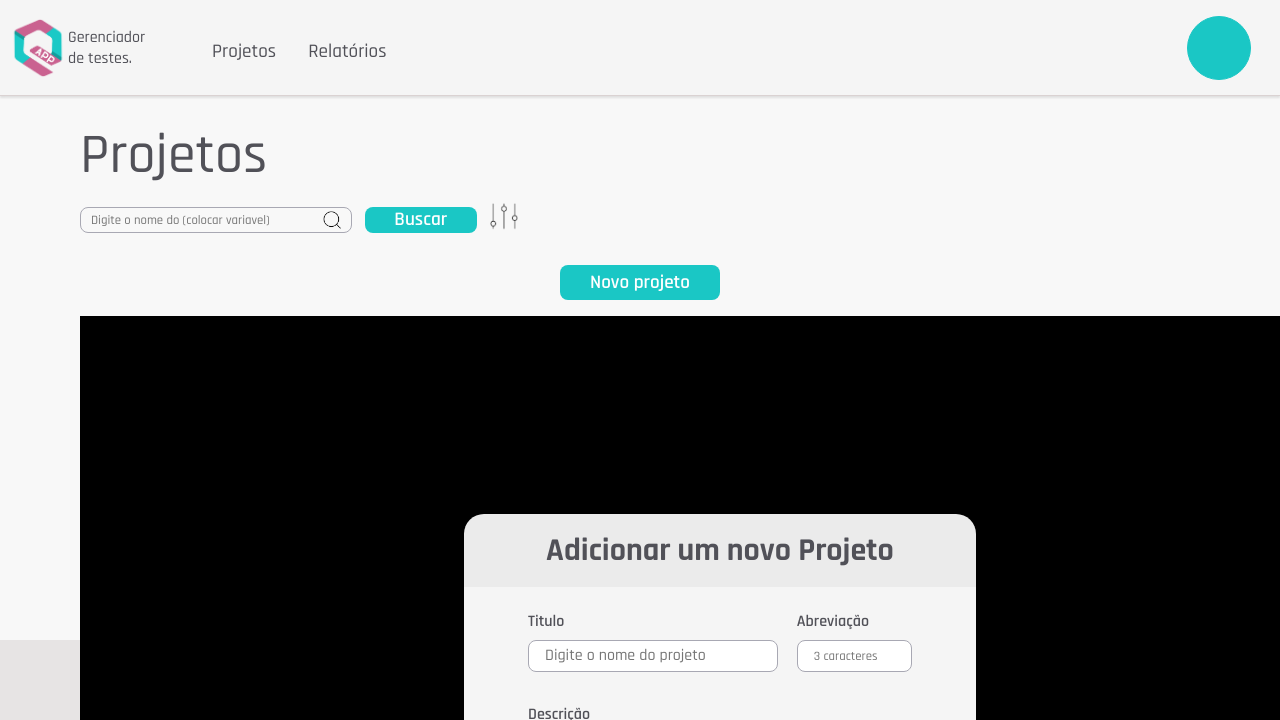
Repository: kika-cavalher/qapp-web
Page: /, after clicking the first element matching `div.btn-open-modal > button`
An editor plug-in stored every save of this project. The page is shown before and after a run of saves, followed by the edit.
The browser window is 1280 px wide. The pictures show the whole page.
The page's requests for data from a server got no answer. The project was rebuilt for these pictures with package versions that can differ from the ones it lists, and the page was loaded fresh each time. No one was signed in, and anything a server would have sent is missing. Also part of the build but not shown: src/hooks/useAuth.ts, src/styles/pages/signIn.scss, src/components/Pages/auth/SignIn.tsx, src/styles/pages/signUp.scss, src/components/Pages/auth/SignUp.tsx. Imported but missing from the stored project, and not drawn on this page: src/components/PageDefault/head/logo/logo.

Above is the page before, as saved 2022-03-24 18:10:11.

### public/index.html
<!DOCTYPE html>
<html lang="pt-br">
  <head>
    <meta charset="utf-8" />
    <meta name="viewport" content="width=device-width, initial-scale=1" />

    <link rel="preconnect" href="https://fonts.googleapis.com">
    <link rel="preconnect" href="https://fonts.gstatic.com" crossorigin>
    <link href="https://fonts.googleapis.com/css2?family=Rajdhani:wght@300;400;500;600;700&display=swap" rel="stylesheet">

    <title>QApp</title>
  </head>
  <body>
    <noscript>You need to enable JavaScript to run this app.</noscript>
    <div id="root"></div>
  </body>
</html>

### src/index.tsx
import React from 'react';
import ReactDOM from 'react-dom';
import App from './App';

import './styles/styles.scss';
import './services/firebase'


ReactDOM.render(
  <React.StrictMode>
    <App />
  </React.StrictMode>,
  document.getElementById('root')
);

### src/App.tsx
import { AuthContextProvider } from './contexts/AuthContext'
import { BrowserRouter, Routes, Route } from "react-router-dom";

import { ProjectPage  } from "./components/Pages/project";
import { LoginPage } from "./components/Pages/auth/signIn";
import { RegisterPage } from "./components/Pages/auth/signUp";


function App() {
  return (
    <BrowserRouter>
      <AuthContextProvider>
        <Routes>
          <Route path="/" element={<ProjectPage  />} />
          <Route path="auth/sign-in" element={<LoginPage />} />
          <Route path="auth/sign-up" element={<RegisterPage  />} />
        </Routes>
      </AuthContextProvider>
    </BrowserRouter>
  );
}

export default App;

### src/styles/styles.scss
@import 'variables.scss';

* {
    box-sizing: border-box;
    margin: 0;
    padding: 0;
  }

  body {
    background: $white-offwhite;
    color: $dark-grey;
  }

  body, input, button, textarea {
    font: 400 16px 'Rajdhani', sans-serif;
  }

### src/services/firebase.ts
import firebase from 'firebase/compat/app';
import 'firebase/compat/auth';
import { getFirestore } from "firebase/firestore";


const firebaseConfig = {
  apiKey: process.env.REACT_APP_API_KEY,
  authDomain: process.env.REACT_APP_AUTH_DOMAIN,
  databaseURL: process.env.REACT_APP_DATABASE_URL,
  projectId: process.env.REACT_APP_PROJECT_ID,
  storageBucket: process.env.REACT_APP_STORAGE_BUCKET,
  messagingSenderId: process.env.REACT_APP_MESSAGING_SENDER_ID,
  appId: process.env.REACT_APP_APP_ID
};

firebase.initializeApp(firebaseConfig);

const auth = firebase.auth();
const database = getFirestore();

export { firebase, auth, database }

### src/contexts/AuthContext.tsx
import { createContext, ReactNode, useEffect, useState } from "react";
import { createUserWithEmailAndPassword, signInWithEmailAndPassword, getAuth } from "firebase/auth"
import firebase from "firebase/compat";


type User = {
  email: string;
  password: string;
}

type AuthContextProviderProps = {
  children?: ReactNode | undefined;
}

type AuthContextType = {
  user: User | undefined;
  signIn: (props: User) => Promise<void>;
  signUp: (props: User) => Promise<void>;
  // signInWithGoogle: () => Promise<void>;
}


export const AuthContext = createContext({} as AuthContextType);

export const AuthContextProvider = (props: AuthContextProviderProps) => {
  const [user, setUser] = useState<User>();
  const auth = getAuth();


  const signIn = async (props: User) => {
    signInWithEmailAndPassword(auth, props.email, props.password)
    .then((userCredential) => {
      if (!userCredential) {
        throw new Error('Missing information from Google Account.');
      }
      setUser({
        email: props.email,
        password: props.password
      })
    })
    .catch((error) => {
      console.log(error.code & error.message);
    })
  }


  const signUp = async (props: User) => {
    createUserWithEmailAndPassword(auth, props.email, props.password)
    .then((userCredential) => {
      console.log(userCredential.user);
    })
    .catch((error) => {
      console.log(error.code & error.message);
    })
  };

  // async function signInWithGoogle() {
  //   const provider = new firebase.auth.GoogleAuthProvider();
  //   const result = await auth.signInWithPopup(provider);
  //   .then((userCredential) => {
  //     if (!userCredential) {
  //       throw new Error('Missing information from Google Account.');
  //     }
  //     setUser({
  //       email: email,
  //       password: password
  //     })
  //   })
  //   .catch((error) => {
  //     console.log(error.code & error.message);
  //   })
  // }

  useEffect(() => {
    const unsubscribe = auth.onAuthStateChanged(user => {
      if (user) {
        const { email } = user

        if (!email) {
          throw new Error('Missing information from your Account.');
        }
        setUser({
          email: email,
          //erro , onde pega a senha?
          password: user.refreshToken
        })
      }
    })

    return () => {
      unsubscribe();
    }
  }, [])

  //useImperativeHandle?

  return (
    <AuthContext.Provider  value={{user, signIn, signUp}}>
      {props.children}
    </AuthContext.Provider>
  )

}

### src/components/Pages/project/index.tsx
import { useCallback, useRef } from "react";

import { TopMenu } from "../../PageDefault/head/menu";
import { Search } from "../../Global/search";
import { Footer } from "../../PageDefault/footer";
import Modals, { ModalHandles } from "../../Global/modal";
import { Button } from "../../Global/button";

import iconAdd from '../../../assets/icon/add.png';
import './style.scss'

export function ProjectPage () {
    const arrumarVariavel = "Projetos";
    const modalRef = useRef<ModalHandles>(null)

    const handleOpenModal = useCallback(() => {
        modalRef.current?.openModal();
    }, [])


    return (
        <div id="page-project">
            <TopMenu />
                <div className='page-project--main__container'>
                    <div className='page-project--container__title'>
                        <h1>{arrumarVariavel}</h1>
                    </div>
                <Search />
                <Button
                onClick={handleOpenModal}
                className="btn-open-modal">
                    Novo projeto
                </Button>
                <Modals ref={modalRef}/>
                    <div className='page-project--cards'>
                        <div className='page-project--cards__new'>
                            <div className='page-project--cards__new--icon'>
                                <input className='page-project--cards__new--img' type="image" src={iconAdd} alt="icone de orientação para adicionar novo projeto"/>
                            </div>
                        </div>
                    </div>
                </div>
            <Footer />
        </div>
    )
}

### src/styles/variables.scss
//colors
$white: #fff;
$white-offwhite: #f8f8f8;
$dark-offwhite: #f5f5f5;
$transparente: rgba(255, 255, 255, -0.1);

$light-grey: #e7e4e4;
$medium-grey: #c6c6c9;
$grey-with-transparency: rgba(0, 0, 0, 0.041);
$grey_border: #a8a8b3;
$dark-grey: #515158;

$turquoise: #1ac7c5;
$dark-greenish: #119d9c;

$dark-pink: #c86291;
$light-pink: #f8eaea;

$red_google: #ea4335;

// media queries
$monitor-width: 1300px;
@mixin monitor {
    @media (min-width: #{$monitor-width}) {
        @content;
    }
}

$notebook-width: 1300px;
$notebook-height: 700px;
@mixin notebook {
    @media (max-width: #{$notebook-width}) and (min-height: #{$notebook-height}){
        @content;
    }
}

$tablet-width: 850px;
@mixin tablet {
    @media (max-width: #{$tablet-width}){
        @content;
    }
}

$phone-width: 500px;
@mixin phone {
    @media (max-width: #{$phone-width}){
        @content;
    }
}

$screen-slim: 700px;
@mixin slim {
    @media (max-height: #{$screen-slim}) {
        @content;
    }
}

### src/components/PageDefault/head/menu/index.tsx
import { Link } from 'react-router-dom'

import './style.scss'
import Logo from '../logo';

export function TopMenu () {



    return (
        <div id="component--top-menu">
             <div className='component--top-menu__logo'>
                <Logo />
                <p>Gerenciador de testes.</p>
            </div>
            <div className='component--top-menu__pages'>
                <ul className='top-menu__list'>
                    <li className='top-menu__itens'>
                        <Link to='/' className='top-menu__pages--project'>Projetos
                        </Link>
                    </li>
                </ul>
                <ul className='top-menu__list'>
                    <li className='top-menu__itens'>
                        <Link to='/' className='top-menu__pages--reports'>Relatórios
                        </Link>
                    </li>
                </ul>
            </div>
            <div className='component--top-menu__user'>
                <div className='component--user__round'>
{/*                     <h1>{initials}</h1> */}
                </div>
            </div>
        </div>
    )
}

### src/components/Global/search/index.tsx
import { Button } from '../button';

import iconSearch from '../../../assets/icon/search.png';
import iconFilter from '../../../assets/icon/filter.png';
import './style.scss'


export function Search () {
    return (
        <div id="component--search">
            <div className='component--search__input'>
                <input type="text" placeholder="Digite o nome do (colocar variavel)"/>
                <div className='search__input--icon'>
                    <img id="icon-search" src={iconSearch} alt="icone de identificação visual do campo de busca" />
                </div>
            </div>
            <Button
            type="submit"
            className="btn__search">
                Buscar
            </Button>
            <div className='component--filters'>
                <img id="icon-filter" src={iconFilter} alt="icone de identificação visual das opções de filtragem" />
            </div>
        </div>
    )
}

### src/components/PageDefault/footer/index.tsx

import iconLinkedin from '../../../assets/icon/linkedin.png';
import iconInstagram from '../../../assets/icon/instagram.png';
import iconGithub from '../../../assets/icon/github.png';
import './style.scss';

export function Footer () {
    return (
        <div id="component--footer">
            <p>Produzido por Erica Cavalher</p>
            <div className='footer--list__social-media'>
                <img id="icon-add--linkedin" src={iconLinkedin} alt="icone de orientação para adicionar novo projeto" />
                <img id="icon-add--instagram" src={iconInstagram} alt="icone de orientação para adicionar novo projeto" />
                <img id="icon-add--github" src={iconGithub} alt="icone de orientação para adicionar novo projeto" />
            </div>
        </div>
    )
}

### src/components/Global/modal/index.tsx
import { forwardRef, useCallback, useImperativeHandle, useRef, useState } from "react"
import { Button } from "../button";

import './style.scss'

export interface ModalHandles {
    openModal: () => void;
}

const Modals: React.RefForwardingComponent<ModalHandles> = (props, ref) => {
    const titleRef = useRef<HTMLInputElement>(null);
    const abbreviationRef = useRef<HTMLInputElement>(null);
    const describeRef = useRef<HTMLInputElement>(null);
    const [visible, setVisible] = useState(false);

    const openModal = useCallback(() => {
        setVisible(true);
    }, []);

    useImperativeHandle(ref, () => {
        return {
            openModal
        };
    });

    const handleCloseModal = useCallback(() => {
        setVisible(false);
    }, []);

    if(!visible) {
        return null;
    }
    return (
        <div className="modal-out">
            <div className="modal">
            <div className="modal-header">
                <h1>Adicionar um novo Projeto</h1>
            </div>
            <div className="modal-content">
                <form className="modal-content--form">
                    <div className="modal-content--titleAndAbreviation">
                        <div className="modal-content--title">
                            <p className="modal---title">Titulo</p>
                            <input className="modal--title__input"
                            ref={titleRef}
                            type="text"
                            placeholder="Digite o nome do projeto">
                            </input>
                        </div>
                        <div className="modal-content--abbreviation">
                            <p className="modal--abbreviation">Abreviação</p>
                            <input className="modal--abbreviation__input"
                            ref={abbreviationRef}
                            type="text"
                            placeholder="3 caracteres">
                            </input>
                        </div>
                    </div>
                    <div className="modal-content--describe">
                        <p className="modal-content--describe__title">Descrição</p>
                        <input className="modal-content--describe_input"
                        ref={describeRef}
                        type="text-area"
                        placeholder="Digite oque se refere esse projeto">
                        </input>
                    </div>
                    <div className="btn-modal">
                        <Button onClick={handleCloseModal}>Salvar</Button>
                    </div>
                </form>
                </div>
            </div>
        </div>

    )
}

export default forwardRef(Modals);

### src/components/Global/button/index.tsx

import './style.scss'

//usestate
//onchange
//value
//name


type Button = {
    className?: string
    children?: React.ReactNode
    type?: "button" | "submit" | "reset" | undefined,
    onClick?: () => void,
}

export function Button ({ className, children, onClick, type }: Button) {
    return (
        <div className={className} >
            <button
            onClick={onClick}
            type={type}
            >
                {children}
            </button>
        </div>
    )
}

### src/components/Pages/project/style.scss
@import '../../../styles/variables.scss';

#page-project {
    display: flex;
    flex-direction: column;
    justify-content: space-between;
    height: 100%;
    z-index: 1;
}

.page-project--main__container {
    margin: 1.5rem 5rem;
}

.page-project--container__title {

    h1 {
        color: $dark-grey;
        font-size: 3.5rem;
        font-weight: 500;
    }
}

.page-project--cards {
    /* Colocar grid 3 card maximo por linha.  */

    .page-project--cards__new {
        background-color: $dark-greenish;
        width: 13rem;
        height: 18rem;
        border: 1px solid $dark-greenish;
        border-radius: 15px;
        color: $dark-grey;
        margin: 1rem 0 3rem 0;

        .page-project--cards__new--icon {
            display: flex;
            align-items: center;
            justify-content: center;
            height: 18rem;

            .page-project--cards__new--img{
                height: 10rem;
                width: 10rem;
            }
        }
    }

}

### src/components/PageDefault/head/menu/style.scss
@import '../../../../styles//variables.scss';

#component--top-menu {
    background: $dark-offwhite;
    border-bottom: 0.5px solid #DAD2D2;
    box-shadow: 0px 2px 2px rgba(0, 0, 0, 0.10);
    display: flex;
    flex-direction: row;
    height: 6rem;
    justify-content: space-between;
}

.component--top-menu__logo {
    align-items: center;
    display: flex;
    flex-direction: row;
    margin-left: 0.5rem;

    #img-logo {
        cursor: pointer;
        height: 60px;
        width: 60px;

        @include phone {
            width: 50px;
        }
    }

    p {
        font-size: 1rem;
        font-weight: 500;
        margin-right: 2rem;
        width: 5rem;
    }
}

.component--top-menu__pages {
    align-items: flex-end;
    display: flex;
    font-size: 1.2rem;
    width: 100%;
    height: 4rem;

    .top-menu__itens {
        list-style: none;
        margin-left: 2rem;

        a {
            color: $dark-grey;
            cursor: pointer;
            font-weight: 500;
            text-decoration: none;
        }

        &:hover {
            margin-bottom: 2px;
            border-bottom: 2px solid $turquoise
        }
    }
}

.component--top-menu__user {
    align-items: center;
    display: flex;
    justify-content: center;
    width: 10rem;

    .component--user__round {
        align-items: center;
        background: $turquoise;
		border: 1px solid $turquoise;
        border-radius: 50%;
        display: flex;
		height: 4rem;
        justify-content: center;
        text-transform: uppercase;
        width: 4rem;

        h1 {
            color: $white
        }
    }
}

### src/components/PageDefault/head/logo/index.tsx
import { useNavigate } from 'react-router-dom';
import logoQapp from '../../../../assets/images/logoQapp.png';

export default function Logo() {

    const history = useNavigate();
    function navigateToHome(e: { preventDefault: () => void; }) {
        e.preventDefault();
        history('/');
    }


    return (
        <img onClick={navigateToHome} id="img-logo" src={logoQapp} alt="Logo da empresa QApp" />
    );
  }

### src/components/Global/search/style.scss
@import '../../../styles/variables.scss';

#component--search {
    display: flex;
    align-items: center;
}

.component--search__input {
    display: flex;
    align-items: center;
    margin-right: 0.8rem;

    input {
        background: $transparente;
        border: 1px solid $grey_border;
        border-radius: 8px;
        color: $dark-grey;
        font-size: 0.8rem;
        font-weight: 500;
        height: 1.6rem;
        margin: 0.5rem 0;
        outline: none;
        padding: 0 10px;
        width: 17rem;
        z-index:2;
    }

    .search__input--icon {
        align-items: flex-end;
        display: flex;
        flex-direction: column;
        position: absolute;
        width: 16.3rem;
        z-index:1;

        img {
            height: 1.1rem;
            width: 1.1rem;
        }
    }
}

.component--filters {
    margin-left: 0.8rem;

    img {
        height: 1.8rem;
        width: 1.8rem;
    }
}

### src/components/PageDefault/footer/style.scss
@import '../../../styles/variables.scss';

#component--footer {
    align-items: center;
    background-color: $light-grey;
    bottom: 0;
    display: flex;
    flex-direction: column;
    height: 5rem;
    justify-content: center;
    position: fixed;
    text-align: center;
    width: 100vw;

    p{
        font-size: 1rem;
        font-weight: 600;
    }

    img {
        margin: 0.3rem 0.5rem 0 0;
        height: 1.5rem;
        width: 1.5rem;
    }

}

.footer--list__social-media {
    display: flex;
    flex-direction: row;
}

### src/components/Global/modal/style.scss
@import '../../../styles/variables.scss';

.modal-out {
    display: flex;
    align-items: center;
    justify-content: center;
    background: black;
    position: fixed;
    z-index: 2;
    width: 100vw;
    height: 100vh;
}

.modal {
    background: $dark-offwhite;
    border-radius: 20px;
    display: flex;
    height: 45%;
    flex-direction: column;
    overflow: hidden;
    position: fixed;
    width: 40%;
    z-index: 3;
}

.modal-header {
    background-color: $grey-with-transparency;
    padding: 1rem;
    text-align: center;
}

.modal-content {
    padding: 0.5rem 1rem;
    display: flex;
    justify-content: center;
}

.modal-content--form {
    display: flex;
    flex-direction: column;
    width: 80%;

    p {
        font-size: 1rem;
        font-weight: 600;
    }
}

.modal-content--titleAndAbreviation {
    display: flex;
    flex-direction: row;
    justify-content: space-between;
    margin-top: 1rem;
    width: 100%;

    input {
        background: $white;
        border: 1px solid $grey_border;
        border-radius: 8px;
        color: $dark-grey;
        font-weight: 500;
        height: 2rem;
        margin: 0.5rem 0 2rem 0;
        outline: none;
        padding: 0 16px;
        width: 100%;

        &:hover {
            border: 2px solid $turquoise;

            @include phone {
                border: 1px solid $turquoise;
            }

            @include slim {
                border: 1px solid $turquoise;
            }
        }

        &:focus-visible {
            border: 2px solid $turquoise;

            @include phone {
                border: 1px solid $turquoise;
            }

            @include slim {
                border: 1px solid $turquoise;
            }
        }
    }

}

.modal-content--title {
    width: 65%;
}

.modal-content--abbreviation {
    width: 30%;

    input {
        font-size: 0.8rem;
    }
}

.modal-content--describe {

    input {
        background: $white;
        border: 1px solid $grey_border;
        border-radius: 8px;
        color: $dark-grey;
        font-weight: 500;
        height: 5rem;
        margin: 0.5rem 0 2rem 0;
        outline: none;
        padding: 0 16px;
        width: 100%;

            &:hover {
            border: 2px solid $turquoise;

            @include phone {
                border: 1px solid $turquoise;
            }

            @include slim {
                border: 1px solid $turquoise;
            }
        }

        &:focus-visible {
            border: 2px solid $turquoise;

            @include phone {
                border: 1px solid $turquoise;
            }

            @include slim {
                border: 1px solid $turquoise;
            }
        }
    }
}



//     p {
//

//         &:first-child {
//             margin-top: 1rem;
//         }


//         @include monitor {
//             font-size: 1.3rem;
//         }

//         // @include notebook {
//         //     font-size: 1.2rem;
//         // }

//         // @include tablet {
//         //     font-size: 1.5rem;
//         // }

//         // @include phone {
//         //     font-size: 1.3rem;
//         // }

//         // @include slim {
//         //     font-size: 1.1rem;
//         // }
//     }

//     input {


//         @include monitor {
//             font-size: 1rem;
//         }

//         // @include notebook {
//         //     font-size: 1rem;
//         // }

//         // @include tablet {
//         //     font-size: 1.2rem;
//         //     height: 3rem;
//         // }

//         // @include phone {
//         // }

//         // @include slim {
//         //     font-size: 0.8rem;
//         // }


//     }
// }



// @keyframes scale-in {
//     0% {
//       -webkit-transform: scale(0);
//               transform: scale(0);
//     }
//     100% {
//       -webkit-transform: scale(1);
//               transform: scale(1);
//     }
// }

// .modal {
// 	-webkit-animation: scale-in 0.3s cubic-bezier(0.250, 0.460, 0.450, 0.940);
// 	        animation: scale-in 0.3s cubic-bezier(0.250, 0.460, 0.450, 0.940);

// }

Loaded but not shown: src/components/Global/button/style.scss (201 lines, source omitted)

After the next 2 saves:
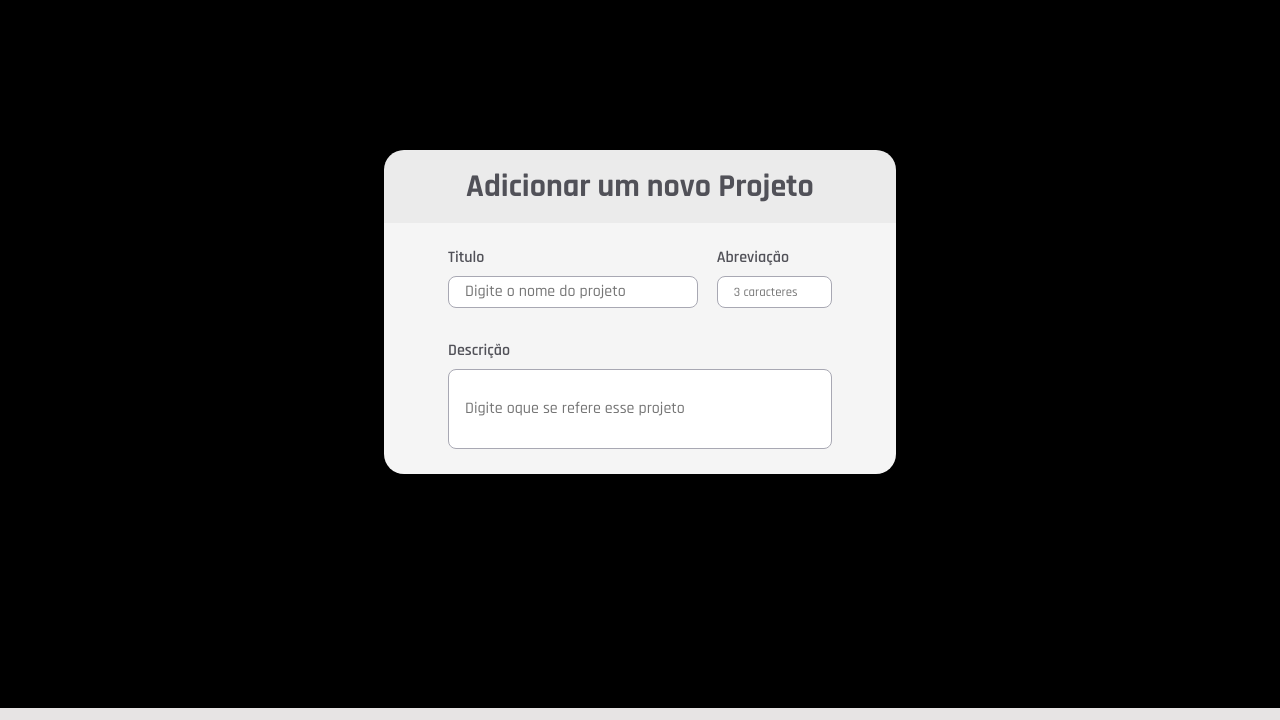
The 2 saves are shown as one change because 1 did not build or start.
The last was saved 4 min 54 s later.
--- a/src/components/Global/modal/style.scss
+++ b/src/components/Global/modal/style.scss
@@ -7,8 +7,10 @@
     background: black;
     position: fixed;
     z-index: 2;
-    width: 100vw;
-    height: 100vh;
+    width: 100%;
+    height: 110%;
+    margin-top: -25rem;
+    margin-left: -5rem;
 }
 
 .modal {
